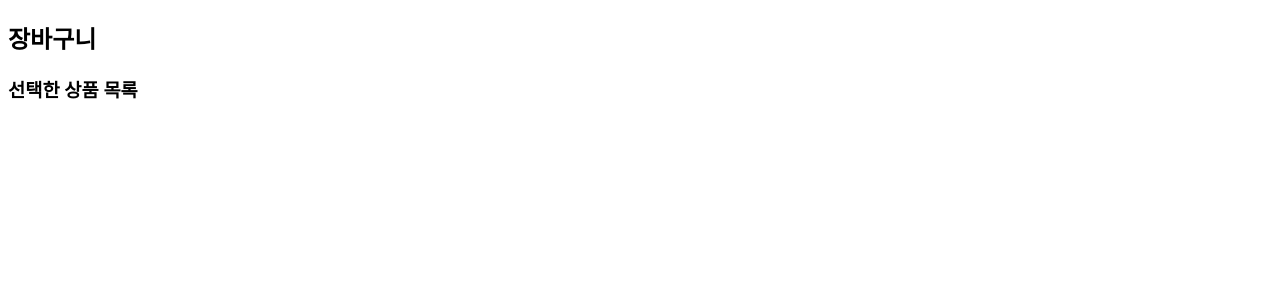
Repository: kiyongee2/space_jspworks
Page: http://localhost/jweb01/cart/cart.jsp
The author's editor kept a copy of each file at every save. The page is drawn from the files as they stood at one save, then again after the next save.
The browser window is 1280 px wide. The pictures show the whole page.
The page is served by Tomcat 10.

Above is the page before, as saved 2025-10-13 03:59:58.

After the next save:
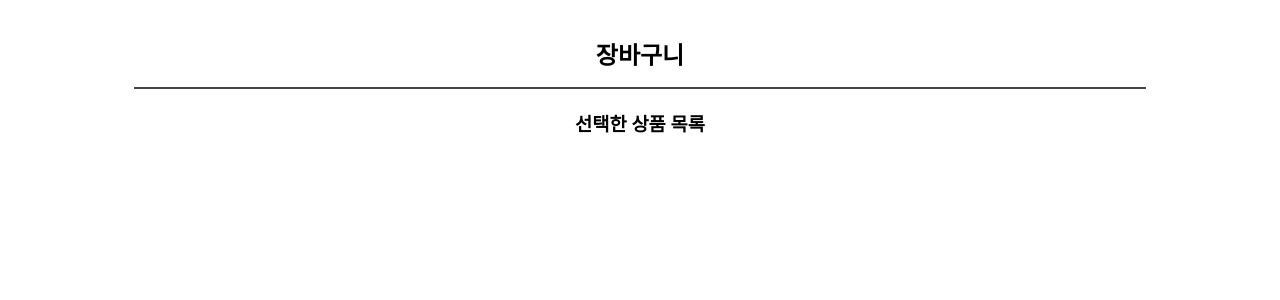
Saved 28 s later.
--- a/jweb01/src/main/webapp/cart/cart.jsp
+++ b/jweb01/src/main/webapp/cart/cart.jsp
@@ -6,6 +6,7 @@
 <head>
 <meta charset="UTF-8">
 <title>장바구니</title>
+<link rel="stylesheet" href="../resources/css/style.css">
 </head>
 <body>
 	<section id="container">
